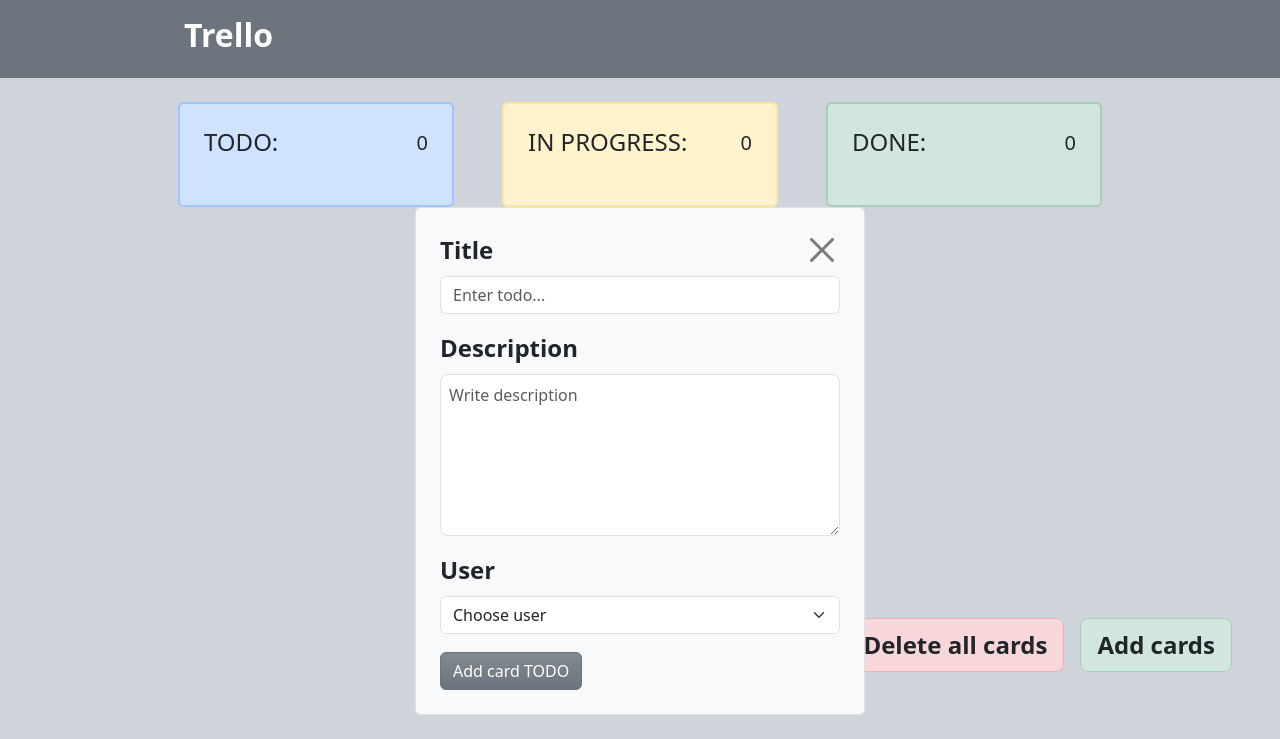
Repository: Valeria154/trello-app-clone
Page: / (app in trello-app-project/)
These files come from the project's save history. The page is drawn as it stood at one moment and after the next save; the edit follows.
The browser window is 1280 px wide. The pictures show the whole page.
The project was rebuilt for these pictures with package versions that can differ from the ones it lists, and the page was loaded fresh each time. Also part of the build but not shown: trello-app-project/vite.config.js.

Above is the page before, as saved 2025-03-15 20:01:34.
Console error: ReferenceError: showClock is not defined

### trello-app-project/src/index.html
<!doctype html>
<html lang="en">

<head>
	<meta charset="UTF-8" />
	<meta name="viewport" content="width=device-width, initial-scale=1.0" />
	<title>Trello</title>
	<script type="module" src="./main.js"></script>
</head>

<body class="bg-dark-subtle">
	<header class="bg-secondary p-3">
		<div class="container d-flex justify-content-between align-items-center mx-autox w-75">
			<h1 class="fs-2 fw-bold text-white">Trello</h1>
			<div class="fs-5 fw-semibold text-white" id="clock"></div>
		</div>
	</header>
	<main class="p-4">
		<div class="container text-center w-75">
			<div class="row align-items-start mb-6 gap-5">
				<!-- TODO -->
				<div class="col border border-primary-subtle border-2 rounded-2 text-dark p-4 bg-primary-subtle">
					<div class="d-flex justify-content-between mb-3">
						<h4>TODO:</h4>
						<div id="todoCount" class="fs-5">0</div>
					</div>
					<div id="todo"></div>
				</div>
				<!-- In progress -->
				<div class="col border border-warning-subtle border-2 rounded-2 text-dark p-4 bg-warning-subtle">
					<div class="d-flex justify-content-between mb-3">
						<h4>IN PROGRESS:</h4>
						<div id="progressCount " class="fs-5">0</div>
					</div>
					<div id="progress"></div>
				</div>
				<!-- Done -->
				<div class="col border border-success-subtle border-2 rounded-2 text-dark p-4 bg-success-subtle">
					<div class="d-flex justify-content-between mb-3">
						<h4>DONE:</h4>
						<div id="doneCount" class="fs-5">0</div>
					</div>
					<div id="done"></div>
				</div>
			</div>
			<div class="d-grid gap-2 d-md-flex justify-content-md-end position-fixed bottom-0 end-0 p-5">
				<button class="btn btn-lg bg-danger-subtle border-danger-subtle me-md-2 fs-4 fw-semibold" type="button"
					id="deleteAllBtn">Delete all
					cards</button>
				<button id="addCardBtn" class="btn btn-lg bg-success-subtle border-success-subtle fs-4 fw-semibold"
					type="button">Add
					cards</button>
			</div>
			<!-- Modal TODO -->
			<div class="d-flex justify-content-center align-items-center">
				<form class="p-4 border rounded bg-light text-start fs-4 fw-semibold w-50 position-relative">
					<div class="mb-3">
						<label for="titile" class="form-label">Title</label>
						<input type="text" class="form-control" id="title" placeholder="Enter todo...">
					</div>
					<div class="mb-3">
						<label for="description" class="form-label">Description</label>
						<textarea class="form-control p-2 rounded-3" id="description" rows="6"
							placeholder="Write description"></textarea>
					</div>
					<div class="mb-3">
						<label for="user" class="form-label">User </label>
						<select id="user" class="form-select">
							<option selected value="">Choose user</option>
							<option value="Amelia">Amelia</option>
							<option value="Mary">Mary</option>
							<option value="Thomas">Thomas</option>
							<option value="Harry">Harry</option>
							<option value="Susan">Susan</option>
						</select>
					</div>
					<button type="submit" class="btn btn-primary bg-secondary bg-gradient border-secondary">Add card
						TODO</button>
					<button type="button" class="btn-close position-absolute top-0 end-0 me-4 mt-4"
						aria-label="close"></button>
				</form>
			</div>
		</div>
	</main>

</body>

</html>

### trello-app-project/src/main.js
import './style.scss'
// import javascriptLogo from './javascript.svg'
// import viteLogo from '/vite.svg'

const clockElement = document.querySelector('#clock')
const addCardElement = document.querySelector('#addCardBtn')
const formElement =

	//функция, которая отражает часы
	function showClock() {
		clockElement.textContent = new Date().toLocaleTimeString()
	}
setInterval(showClock, 1000)
showClock()

addCardElement.addEventListener('click', handleClickButtonAddCard)

function handleClickButtonAddCard() {
	Toggle
}
// function handleClickButtonAddTodo() {
// 	toggleModal(formModalElement)
// 	formElement.innerHTML = buildFormModal()
// }

Loaded but not shown: trello-app-project/src/style.scss (common file)

After the next save:
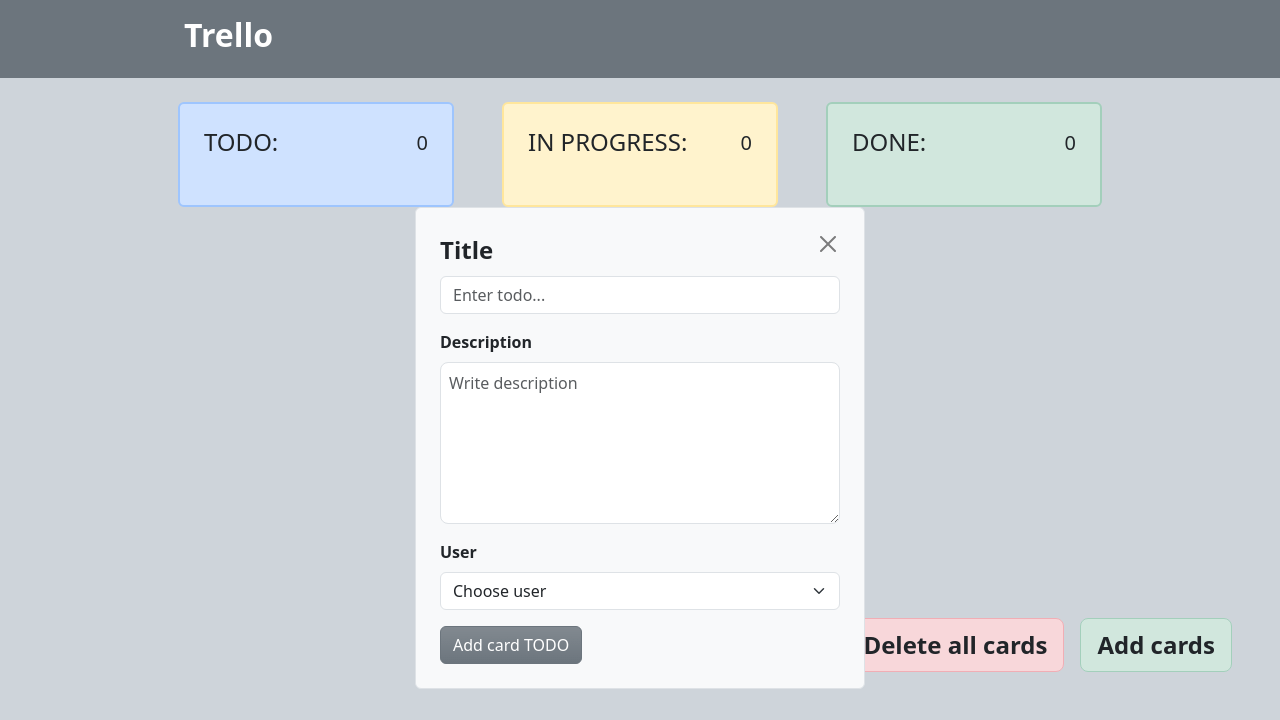
Saved 17 s later.
--- a/trello-app-project/src/index.html
+++ b/trello-app-project/src/index.html
@@ -53,9 +53,9 @@
 			</div>
 			<!-- Modal TODO -->
 			<div class="d-flex justify-content-center align-items-center">
-				<form class="p-4 border rounded bg-light text-start fs-4 fw-semibold w-50 position-relative">
+				<form class="p-4 border rounded bg-light text-start fw-semibold w-50 position-relative">
 					<div class="mb-3">
-						<label for="titile" class="form-label">Title</label>
+						<label for="titile" class="form-label fs-4">Title</label>
 						<input type="text" class="form-control" id="title" placeholder="Enter todo...">
 					</div>
 					<div class="mb-3">
